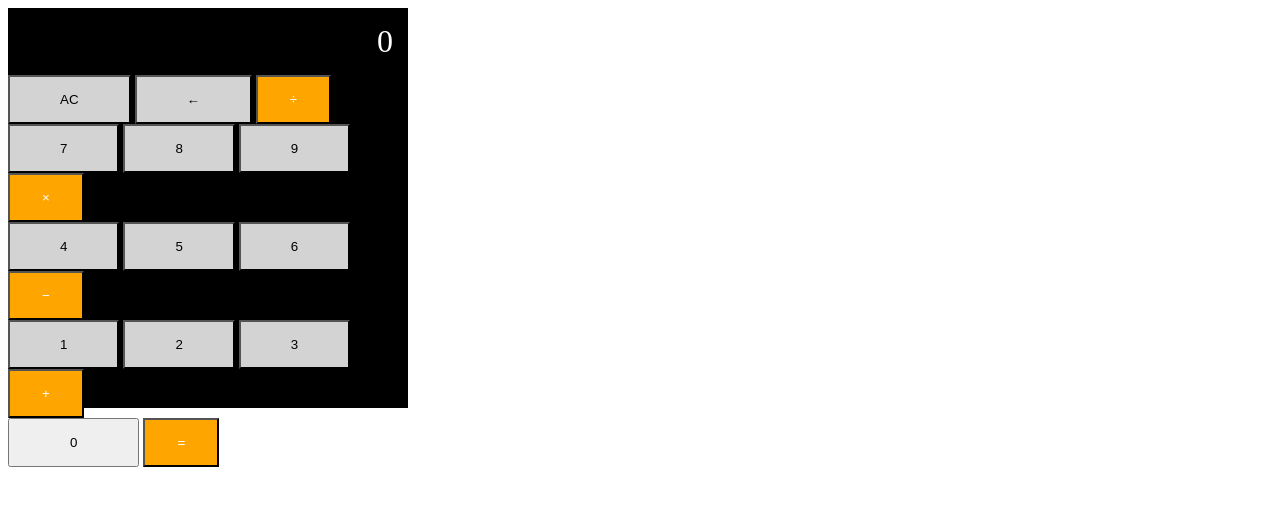
Repository: KaylaDamons/LAB-calculator
Page: index.html
The author's editor kept a copy of each file at every save. The page is drawn from the files as they stood at one save, then again after the next save.
The browser window is 1280 px wide. The pictures show the whole page.

Above is the page before, as saved 2024-01-13 19:42:55.

### index.html
<!DOCTYPE html>
<html lang="en">
<head>
  <meta charset="UTF-8">
  <meta name="viewport" content="width=device-width, initial-scale=1.0">
  <title>Calculator</title>

</head>
<body>
  <div class="wrapper">
    <div class="sumbar">
      0
    </div>
      <div class="clearbutton">
       <button class="button clear">AC</button>
       <button class="button delete">&#8592</button>
       <button class="symbol divide">&#247</button>
    </div>

    <div class="buttonrow1">
      <button class="button">7</button>
      <button class="button">8</button>
      <button class="button">9</button>
      <button class="symbol times">&#215</button>
    </div>

    <div class="buttonrow2">
      <button class="button">4</button>
      <button class="button">5</button>
      <button class="button">6</button>
      <button class="symbol minus">&#8722</button>
    </div>

    <div class="buttonrow3">
      <button class="button">1</button>
      <button class="button">2</button>
      <button class="button">3</button>
      <button class="symbol plus">&#43</button>
    </div>

    <div class="buttonrow4">
      <button class="buttonzero">0</button>
      <button class="symbol equals">&#61</button>
    </div>

  </div>




  <link rel="stylesheet" href="main.css">
</body>
<script src="main.js"></script>
</html>

### main.css

 .wrapper {
  display: grid;
  flex-wrap: wrap;
  flex-direction: row;
  background-color:black;
  justify-content: center;
  width: 400px;
  height: 400px;
 }


.sumbar {
 background-color:black;
 text-align: right;
 color:white;
 padding-inline-start: 0%;
 padding:15px;
 font-size: 32px;
}

.symbol {
  background-color: orange;
  padding-inline-start: 0%;
  color:white;
  padding:15px 32px;
}
.button {
  background-color:lightgray;
  padding-inline-start: 0%;
  padding:15px 50px;
}
.buttonzero {
  padding: 15px 60px;
}

### main.js
console.log("calculator");

After the next save:
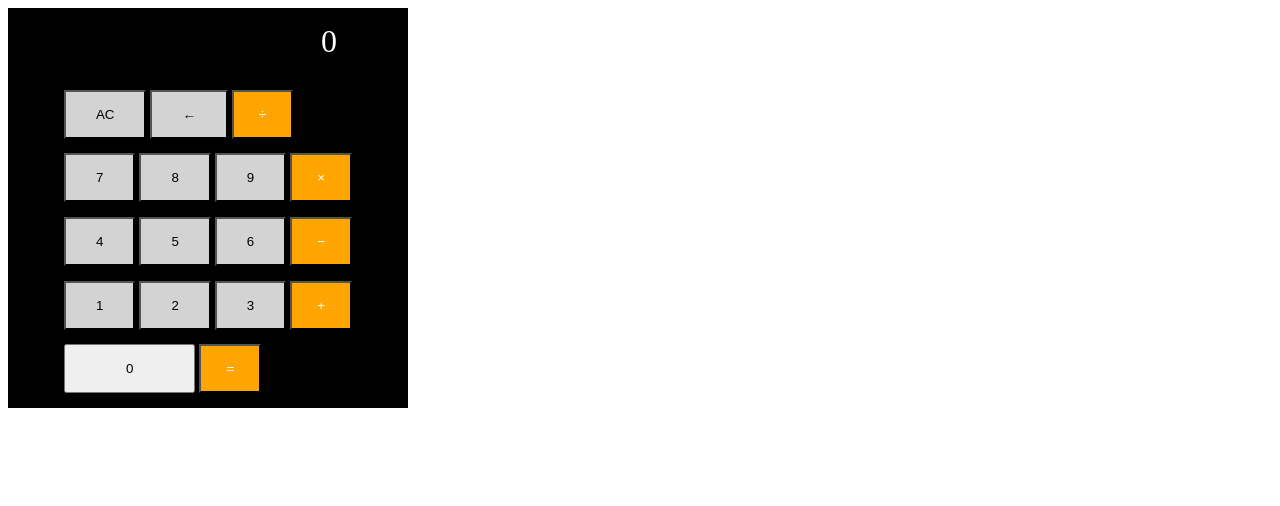
Saved 7 min 58 s later.
--- a/main.css
+++ b/main.css
@@ -23,12 +23,12 @@
   background-color: orange;
   padding-inline-start: 0%;
   color:white;
-  padding:15px 32px;
+  padding:15px 25px;
 }
 .button {
   background-color:lightgray;
   padding-inline-start: 0%;
-  padding:15px 50px;
+  padding:15px 30px;
 }
 .buttonzero {
   padding: 15px 60px;
